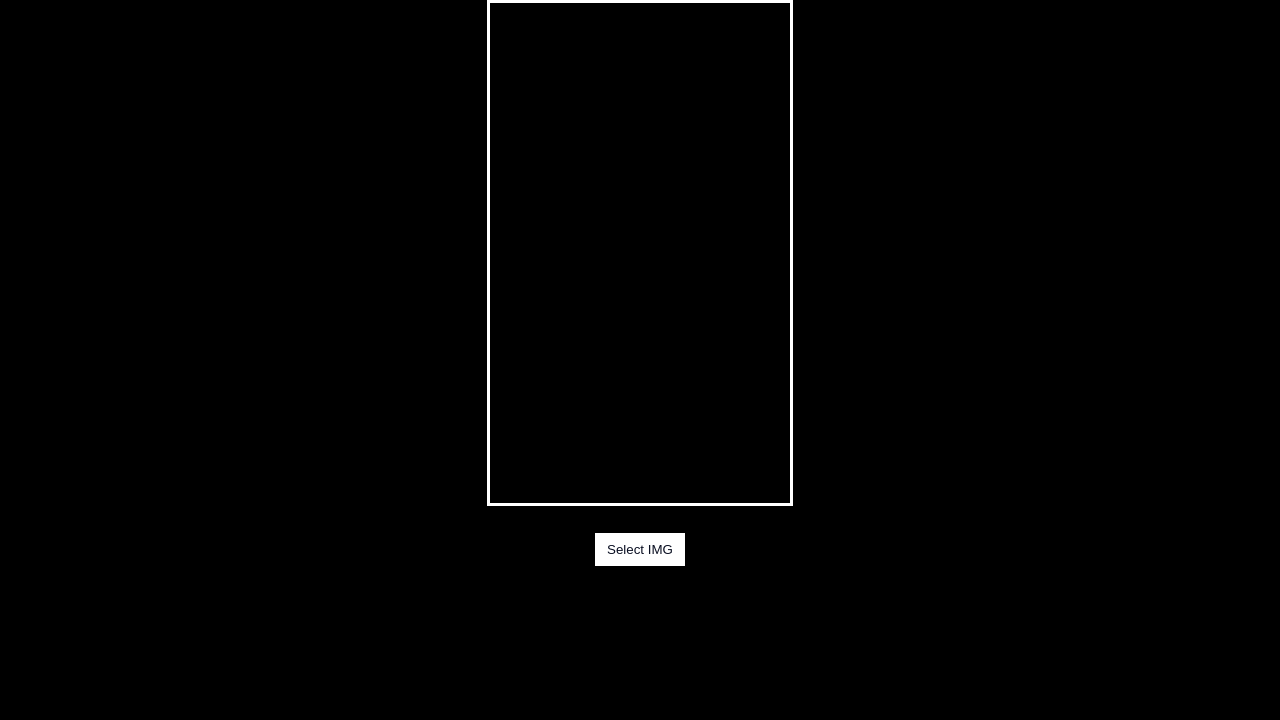
Repository: HOANGKHONGTANCRUSH/APPTenofflowAI
Page: /
An editor plug-in stored every save of this project. The page is shown before and after the next save, followed by the edit.
The browser window is 1280 px wide. The pictures show the whole page.
The project was rebuilt for these pictures with package versions that can differ from the ones it lists, and the page was loaded fresh each time. Also part of the build but not shown: src/App.css.

Above is the page before, as saved 2024-01-28 11:27:55.

### src/App.jsx
import logo from "./logo.svg";
import "./App.css";
import styled from "styled-components";
import { ObjectDetector } from "./components/objectDetector";

const AppContainer = styled.div`
  width: 100%;
  height: 100%;
  background-color: black;
  display: flex;
  flex-direction: column;
  align-items: center;
  justify-content: center;
  color: red;
`;

function App() {
  return (
    <AppContainer>
      <ObjectDetector />
    </AppContainer>
  );
}

export default App;

### src/components/objectDetector/index.jsx
import React, { useRef, useState } from "react";
import styled from "styled-components";

import "@tensorflow/tfjs-backend-cpu";
import "@tensorflow/tfjs-backend-webgl";
import * as cocoSsd from "@tensorflow-models/coco-ssd";

const ObjectDetectorContainer = styled.div`
  display: flex;
  flex-direction: column;
  align-items: center;
  height: 100vh;
  width: 25%
`;

const DetectorContainer = styled.div`
  width: 300px;
  height: 500px;
  border: 3px solid #fff;
  display: flex;
  align-items: center;
  justify-content: center;
  position: relative;
  overflow: hidden;
`;

const TargetImg = styled.img`
  width: auto;
  height: auto;
  max-width: 100%;
  max-height: 100%;
  object-fit: contain;
`;

const HiddenFileInput = styled.input`
  display: none;
`;

const SelectButton = styled.button`
  padding: 7px 10px;
  border: 2px solid transparent;
  background-color: #fff;
  color: #0a0f22;
  font-weight: 500;
  outline: none;
  margin-top: 2em;
  cursor: pointer;
  transition: all 260ms ease-in-out;

  &:hover {
    background-color: transparent;
    border: 2px solid #fff;
    color: #fff;
  }
`;



export function ObjectDetector(props) {

  const fileInputRef = useRef();
  const [imgData, setImage] = useState(null);

 const openfilePicker =  () => {
    if(fileInputRef.current) fileInputRef.current.click();
 }

  const readImage = (file) => {
    return new Promise((rs, r) =>{
      const fileReader = new FileReader();
      fileReader.onload = () => rs(fileReader.result);
      fileReader.onerror = () => r(fileReader.error);
      fileReader.readAsDataURL(file);
    })
  }


 const onSelectImage = async (e) => {
    const file = e.target.files[0];
    const imgData = await readImage(file);
    setImage(imgData);
 }

  return <ObjectDetectorContainer>
    <DetectorContainer>
    {imgData && <TargetImg src={imgData}/>}
    </DetectorContainer>
    <HiddenFileInput type="file" ref={fileInputRef}  onChange={onSelectImage}/>
    <SelectButton onClick={openfilePicker}>
      Select IMG
    </SelectButton>
  </ObjectDetectorContainer>
}

Loaded but not shown: public/index.html (common file); src/index.jsx (common file); src/index.css (common file); src/reportWebVitals.js (common file)

After the next save:
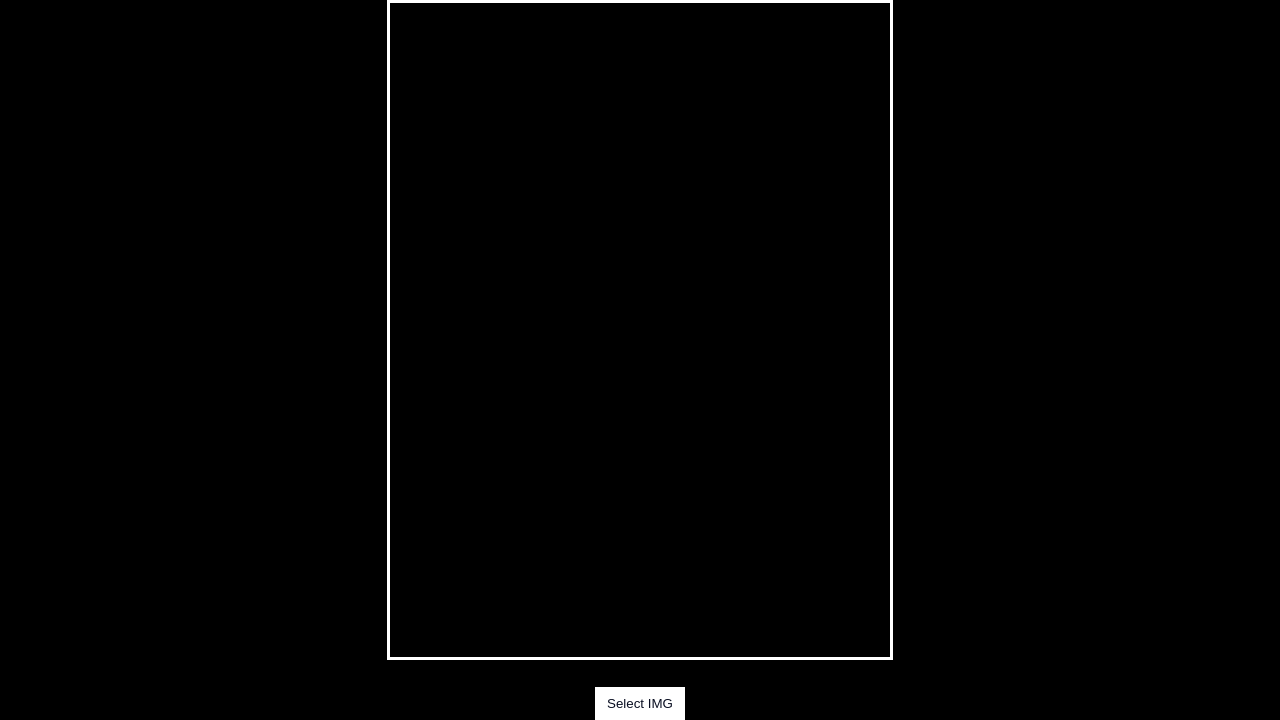
Saved 21 s later.
--- a/src/components/objectDetector/index.jsx
+++ b/src/components/objectDetector/index.jsx
@@ -14,8 +14,8 @@ const ObjectDetectorContainer = styled.div`
 `;
 
 const DetectorContainer = styled.div`
-  width: 300px;
-  height: 500px;
+  width: 500px;
+  height: 900px;
   border: 3px solid #fff;
   display: flex;
   align-items: center;
